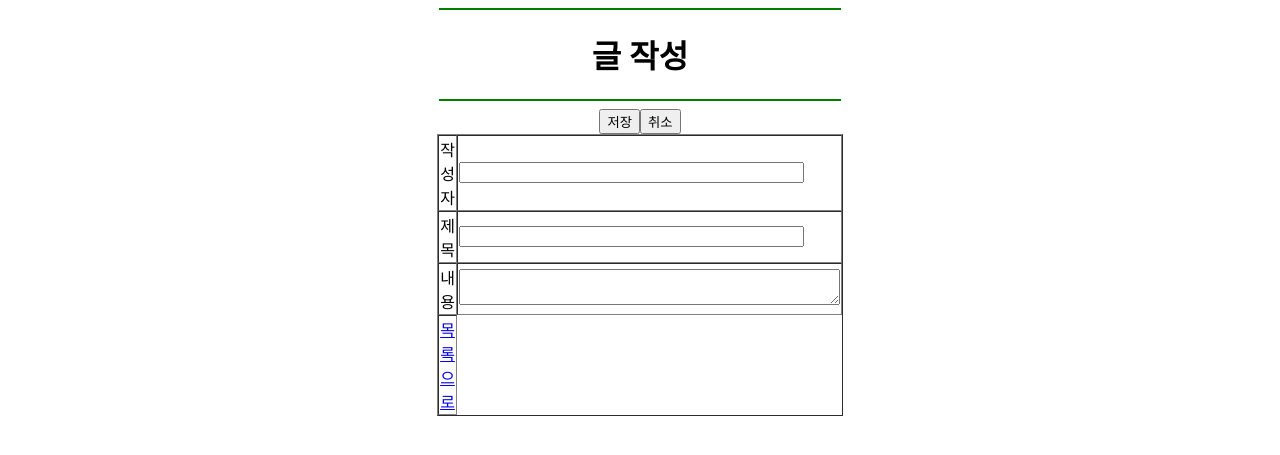
Repository: pypygeek/java_playground
Page: http://localhost/bb/wirte_form.jsp
The author's editor kept a copy of each file at every save. The page is drawn from the files as they stood at one save, then again after the next save.
The browser window is 1280 px wide. The pictures show the whole page.
The page is served by Tomcat 9.

Above is the page before, as saved 2022-01-26 02:07:06.

After the next save:
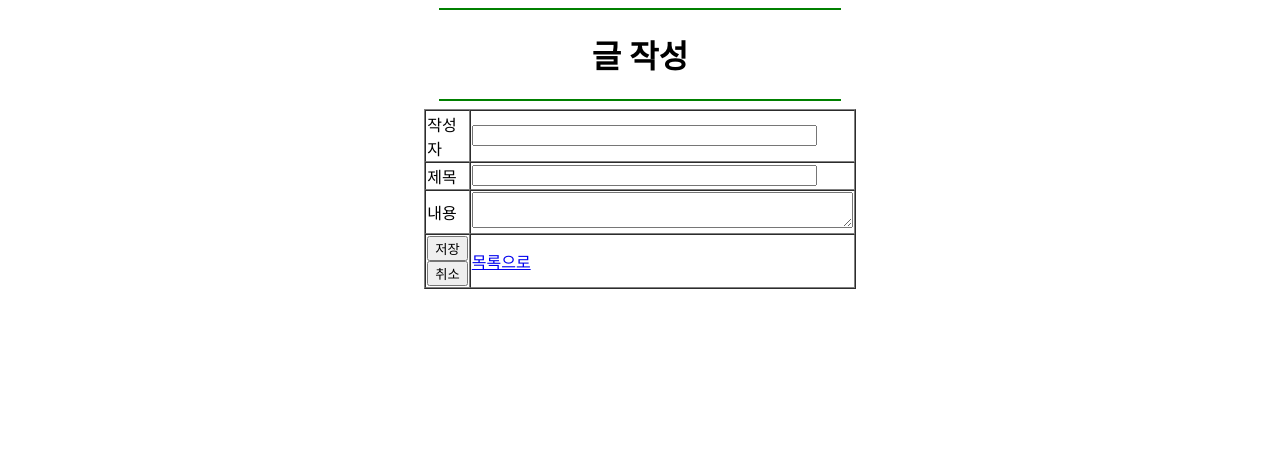
Saved 66 s later.
--- a/jsp-playground/bitbit/bb/src/main/webapp/wirte_form.jsp
+++ b/jsp-playground/bitbit/bb/src/main/webapp/wirte_form.jsp
@@ -16,7 +16,7 @@
                 <tr><td>작성자</td><td><input type="text" name="bName" size="40"></td></tr>
                 <tr><td>제목</td><td><input type="text" name="bTitle" size="40"></td></tr>
                 <tr><td>내용</td><td><TextArea type="text" name="bContent" row="5" cols="45"></TextArea></td></tr>
-                <tr><input type="submit" value="저장" name="전송"><input type="reset" value="취소" name="취소"><td><a href="list.do">목록으로</a></td></tr>
+                <tr><td><input type="submit" value="저장" name="전송"><input type="reset" value="취소" name="취소"></td><td><a href="list.do">목록으로</a></td></tr>
             </form>
         </table>
         </center>
